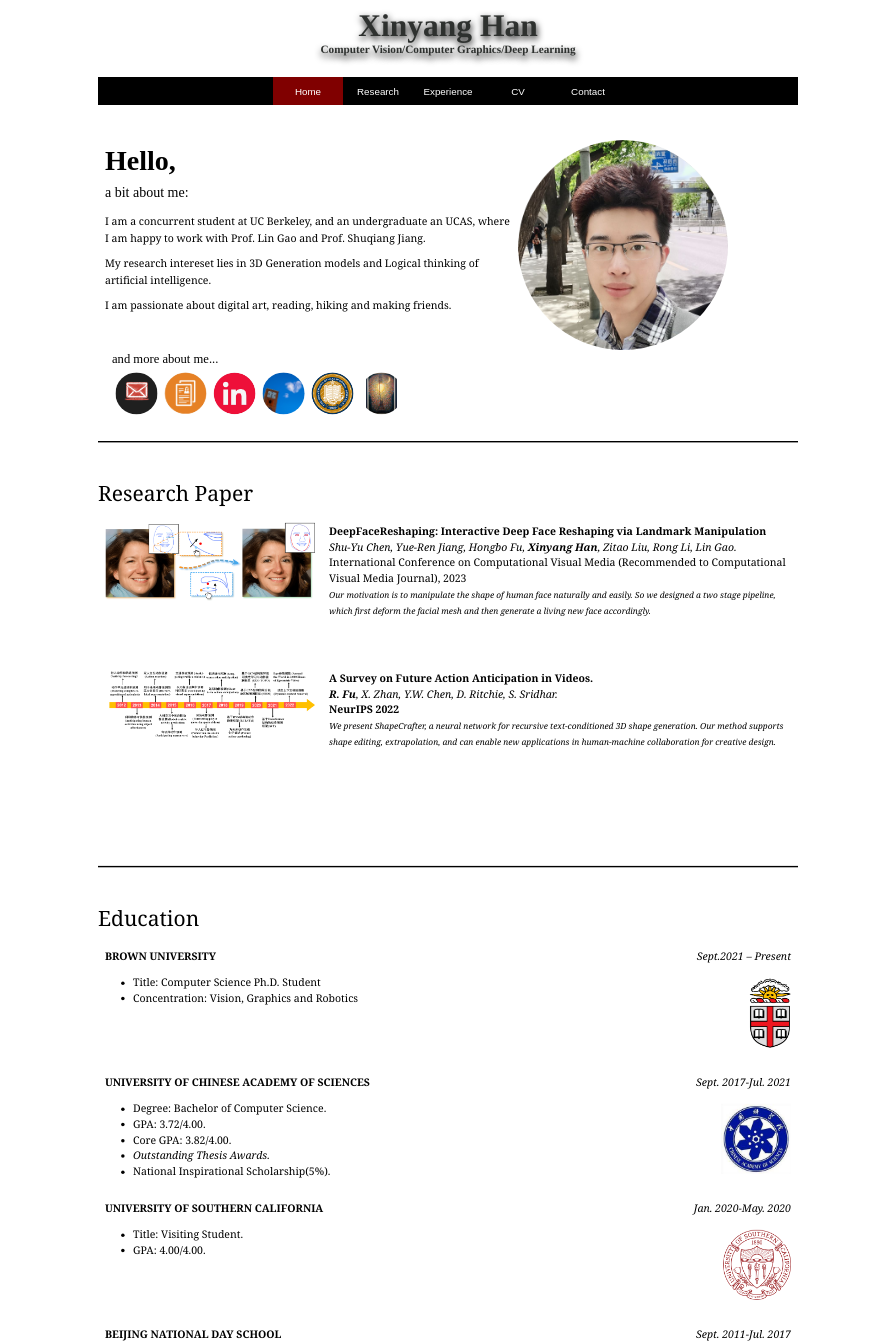
Repository: XinyangHan/XinyangHan.github.io
Page: index.html
The author's editor kept a copy of each file at every save. The page is drawn from the files as they stood at one save, then again after the next save.
The browser window is 1280 px wide. The pictures show the part of the page from y = 0 to 1920 px (the page is 3473 px tall), at 70% of full size.

Above is the page before, as saved 2023-02-11 14:15:59.
Console error (its wording comes from the project's code and is left out).

### index.html
<!DOCTYPE html>
<html>

<head>
	<meta charset="utf-8">
	<meta name="keywords" content="Rao FU, Rao FU, Rao Fu Homepage, Rao Fu Webpage, Rao Fu UCAS, Rao Fu Brown">
	<meta name="description" content="Rao FU's homepage">
	<meta name="viewport" content="width=device-width, initial-scale=1">
	<title>Rao FU | Homepage</title>
	<link href="style.css" rel="stylesheet" />
	<style>
	</style>



</head>

<body>
<!-------------------------------------------------- Header -------------------------------------------------->
<div id="header">
	<h1> Xinyang Han </h1>
	<h2>Computer Vision/Computer Graphics/Deep Learning</h2>
</div><!-- Header -->

<!-------------------------------------------------- Navbar -------------------------------------------------->
<div id="nav-wrapper">
<div id="nav">
			<button class="btn active" onclick="window.location.href = './index.html#content_home';">Home</button>
			<button class="btn" onclick="window.location.href = './index.html#content_project';">Research</button>
			<button class="btn" onclick="window.location.href = './index.html#content_exp';">Experience</button>
			<button class="btn" onclick="window.location.href = './resource/My_CV.pdf'; target='_blank'; ">CV</button>
			<button class="btn" onclick="window.location.href = './index.html#c_contact_biography';">Contact</button>
			<!-- <a href="./index.html#content_home" class="active">Home</a>  -->
			<!-- <a href="./index.html#content_project">Research</a> -->
			<!-- <a href="./index.html#content_exp">Experience</a> -->
			<!-- <a href="./resource/MY_CV.pdf">CV</a> -->
			<!-- <a href="./index.html#c_contact_biography">Contact</a> -->
</div> <!-- #nav -->
</div>

<!-------------------------------------------------- Script -------------------------------------------------->
<script>
	// Get the container element
	var btnContainer = document.getElementById("nav");

	// Get all buttons with class="btn" inside the container
	var btns = btnContainer.getElementsByClassName("btn");

	// Loop through the buttons and add the active class to the current/clicked button
	for (var i = 0; i < btns.length; i++) {
	btns[i].addEventListener("click", function() {
		var current = document.getElementsByClassName("active");
		current[0].className = current[0].className.replace(" active", "");
		this.className += " active";
	});
	}
</script>

<!-------------------------------------------------- Content Home-------------------------------------------------->
<div class="content"  id="content_home">

	<div class="c_home_wrapper">
		<div id="c_biography">
			<strong id="c_font1">Hello,</strong><br>
			<span class="c_font2">a bit about me:</span><br>
			<p class="c_font3">
				I am a concurrent student at UC Berkeley, and an undergraduate an UCAS, where I am happy to work with Prof. Lin Gao and Prof. Shuqiang Jiang.
			</p>
			<p class="c_font3">
				My research intereset lies in 3D Generation models and Logical thinking of artificial intelligence.
			</p>
			<p class="c_font3">
				I am passionate about digital art, reading, hiking and making friends.
			</p>
		</div>

		<div id="c_profile">
			<div class="c_thumbnail">
				<img src="img/round_profile.png" id="buttons" alt="profile_button" >
				<div class="overlay">
					<p>
						勿戳！<br>
						Don't poke my cheeks!<br>
						¡no me toques las mejillas! <br>
						मेरे गाल मत दबाओ! <br>
						আমার গালে খোঁচা দিও না! <br>
						não cutuque minhas bochechas! <br>
						не тыкай меня в щеки! <br>
						私の頬をつつかないで！ <br>
						ਮੇਰੀਆਂ ਗੱਲ੍ਹਾਂ ਨੂੰ ਨਾ ਮਾਰੋ! <br>
						唔好戳我嘅脸颊！<br>
						đừng chọc má tôi!<br>
						నా బుగ్గలు కుట్టకు!<br>
						yanaklarımı dürtme!<br>
						내 뺨을 찌르지 마! <br>
						ne touchez pas mes joues!<br>
						stoß mir nicht in die Wangen!<br>
						என் கன்னங்களை குத்தாதே!<br>
						میرے گالوں کو مت مارو!<br>
						ojo nyocot pipiku!<br>
						non toccarmi le guance!<br>
						لا تكز خدي!<br>
					</p>
				</div>
			</div>
		</div>

		<div id="c_info">
			<!-- <strong id="c_font4">And more</strong><br>
			<strong id="c_font4">about me</strong><br> -->
			<span class="c_font2_1"> and more about me... </span><br>
			<!-- CONTENT TODO -->
			<div class="thumbnail">
				<img src="img/email_icon.jpg" id="button0" alt="email_button" >
				<div class="overlay" onclick="window.location.href = 'hanxinyang20a@mails.ucas.ac.cn';" >
					<p>Email to<br>Say Hi</p>
				</div>
			</div> <!-- .thumbnail -->


			<div class="thumbnail">
				<img src="img/cv_icon.jpg" id="button1" alt="cv_button" >
				<div class="overlay"  onclick="window.location.href='./resource/Xinyang_Han_CV.pdf'; " >
					<p>CV/<br>Resume</p>
				</div>
			</div> <!-- .thumbnail -->

			<!-- <div class="thumbnail">
				<img src="img/gs_icon.png" id="button2" alt="google_button" >
				<div class="overlay" onclick="window.location.href = 'https://scholar.google.com/citations?hl=en&user=VWMWQEcAAAAJ';" >
					<p>Google<br>Scholar</p>
				</div>
			</div>  -->

			<div class="thumbnail">
				<img src="img/linkedin_icon.png" id="button3" alt="lkin_icon" >
				<div class="overlay" onclick="window.location.href = 'https://www.linkedin.com/in/xinyang-han-313bba265/;" >
					<p>LinkedIn<br>Profile</p>
				</div>
			</div> <!-- .thumbnail -->

			<div class="thumbnail">
				<img src="img/ucas_button.png" id="button4" alt="ucas_button" >
				<div class="overlay" onclick="window.location.href = 'https://en.wikipedia.org/wiki/University_of_the_Chinese_Academy_of_Sciences/';" >
					<p>B.E.@<br>UCAS</p>
				</div>
			</div> <!-- .thumbnail -->

			<div class="thumbnail">
				<img src="img/Seal_of_University_of_California,_Berkeley.svg.png" id="button5" alt="brown_button">
				<div class="overlay" onclick="window.location.href = 'https://www.berkeley.edu/';" >
					<p>Exchanging student.@<br>UCB
					</p>
				</div>
			</div> <!-- .thumbnail -->

			<!--<div class="thumbnail">
				<img src="img/cat_icon.jpg" id="button6" alt="cat_button">
				<div class="overlay" onclick="window.location.href = 'https://instagram.com/inocchi_mew?r=nametag';" >
					<p>My Cat<br>Inocchi
					</p>
				</div>
			</div>  .thumbnail -->

			<div class="thumbnail">
				<img src="img/art_icon.jpg" id="button6" alt="art_button">
				<div class="overlay" onclick="window.location.href = './index.html#content_home';" >
					<p>Arts<br>Todo...</p>
				</div>
			</div> <!-- .thumbnail -->

		</div>
	</div><!-- Home Wrapper-->

	<div class="clearfloat"></div>
</div><!-- Content Home-->

<!-------------------------------------------------- Content Project -------------------------------------------------->
<div class="content">

	<div class="c_public_wrapper" id="content_project">
		<div class="c_font1_1">Research Paper</div>

		<div class="c_public">
			<div class="disp_wrapper">
				<!-- <a href="./img/HRFormer.png" data-lightbox="project1" data-title="HRFormer2 Structure"> -->
					<img src="./img/DeepFaceReshaping.png" class="project_img" title="ShapeCrafter Structure">
				<!-- </a> -->
				<!-- <p class="small_font">click image for details</p> -->
			</div>
			<strong>DeepFaceReshaping: Interactive Deep Face Reshaping via Landmark Manipulation</strong>
			<br><em>Shu-Yu Chen, Yue-Ren Jiang, Hongbo Fu, <strong>Xinyang Han</strong>, Zitao Liu, Rong Li, Lin Gao. </em>
			<br>International Conference on Computational Visual Media (Recommended to Computational Visual Media Journal), 2023</em>
			<br><em class="small_font">Our motivation is to manipulate the shape of human face naturally and easily. So we designed a two stage pipeline, which first deform the facial mesh and then generate a living new face accordingly.</em>
			<!-- <br><a href="https://arxiv.org/abs/2207.09446" class="small_font">[paper]</a>
			<a href="https://ivl.brown.edu/projects/shapecrafter" class="small_font">[project]</a>	-->
		</div>

		<div class="c_public">
			<div class="disp_wrapper">
				<!-- <a href="./img/HRFormer.png" data-lightbox="project1" data-title="HRFormer2 Structure"> -->
					<img src="./img/ai_prediction.png" class="project_img" title="ShapeCrafter Structure">
				<!-- </a> -->
				<!-- <p class="small_font">click image for details</p> -->
			</div>
			<strong>A Survey on Future Action Anticipation in Videos.</strong>
			<br><em><strong>R. Fu</strong>, X. Zhan, Y.W. Chen, D. Ritchie, S. Sridhar. </em>
			<br><strong>NeurIPS 2022</strong></em>
			<br><em class="small_font">We present ShapeCrafter, a neural network for recursive text-conditioned 3D shape generation.
				Our method supports shape editing, extrapolation, and can enable new applications in human-machine collaboration for creative design.</em>
			<!-- <br><a href="https://arxiv.org/abs/2207.09446" class="small_font">[paper]</a>
			<a href="https://ivl.brown.edu/projects/shapecrafter" class="small_font">[project]</a>	-->
		</div>
	</div>
	<div class="clearfloat"></div>
</div><!-- Content Project-->

<!-------------------------------------------------- Content Experiment-------------------------------------------------->
<div class="content">

	<div class="c_education_wrapper" id="content_exp">
		<div class="c_font1_1">Education</div>

		<div class="c_education">
			<strong>BROWN UNIVERSITY</strong>
			<em class="dates">Sept.2021 – Present</em>
			<div class="clearfloat"></div>
			<div class="logo_wrapper">
				<img class="schoollogo" src="./img/brown_logo.png" alt="BROWN Logo" />
			</div>
			<ul>
			<li>Title: Computer Science Ph.D. Student</li>
			<li>Concentration: Vision, Graphics and Robotics</li>
			</ul>
		</div>

		<div class="c_education">
			<strong>UNIVERSITY OF CHINESE ACADEMY OF SCIENCES</strong>
			<em class="dates">Sept. 2017-Jul. 2021</em>
			<div class="clearfloat"></div>
			<div class="logo_wrapper">
				<img class="schoollogo" src="./img/cas_logo.jpg" alt="CAS Logo" />
			</div>
			<ul>
			<li>Degree: Bachelor of Computer Science.</li>
			<li>GPA: 3.72/4.00.</li>
			<li>Core GPA: 3.82/4.00.</li>
			<li><em>Outstanding Thesis Awards.</em> </li>
			<li><em></em>National Inspirational Scholarship(5%).</em></li>
			</ul>
		</div>

		<div class="c_education">
			<strong>UNIVERSITY OF SOUTHERN CALIFORNIA</strong>
			<em class="dates">Jan. 2020-May. 2020</em>
			<div class="clearfloat"></div>
			<div class="logo_wrapper">
				<img class="schoollogo" src="./img/usc_logo.png" alt="USC Logo" />
			</div>
			<ul>
			<li>Title: Visiting Student.</li>
			<li>GPA: 4.00/4.00.</li>
			</ul>

		</div>

		<div class="c_education">
			<strong>BEIJING NATIONAL DAY SCHOOL</strong>
			<em class="dates">Sept. 2011-Jul. 2017</em>
			<div class="clearfloat"></div>
			<div class="logo_wrapper">
				<img class="schoollogo" src="./img/bnds_logo.png" alt="USC Logo" />
			</div>
			<ul>
			<li>Title: Student.</li>
			<li>GPA: 3.9/4.0.</li>
			</ul>

		</div>
	</div>

	<div class="c_intern_wrapper">
		<div class="c_font1_1">Employment</div>

		<div class="c_intern">
			<strong>Research intern: Autodesk Inc.</strong>
				<em class="dates">May. 2022 – Present</em>
			<br><br><em>Group: AI Lab</em><em class="dates">Toronto, Canada</em>
			<ul>
				<li>Research on Lauguage-guided 3D Shape Generation.</li>
			</ul>
		</div>

		<div class="c_intern">
			<strong>Research intern: Microsoft Research, Asia</strong>
				<em class="dates">Mar. 2021 – July. 2021</em>
			<br><br><em>Group: Speech Group, Visual Computing Group</em><em class="dates">Beijing, China</em>
			<ul>
				<li>Research on High-Resolution Machine Perception Backbone</li>
			</ul>
		</div>

		<div class="c_intern">
			<strong>Research intern: University of California, San Diego</strong>
				<em class="dates">May. 2020 – Nov. 2020</em>
			<br><br><em>Advisor: Prof. Hao Su.</em><em class="dates">San Diego, CA, USA</em>
			<ul>
				<li>Research on Robot Grasping with Two-Finger Grippers.</li>
				<li>Research on Humanoid Robot Grippers.</li>
			</ul>
		</div>

		<div class="c_intern">
				<strong>Research intern: Institute of Computing Technology, CAS.</strong>
					<em class="dates">Jul. 2019 – Nov. 2020</em>
				<br><br><em>Advisor: Prof. Lin Gao</em> <em class="dates">Beijing, China</em>
				<ul>
					<li>Research on Fine-grained 3D Shape Retrieval.</li>
					<li>Research on Talking Head Generation.</li>
				</ul>
		</div>
	</div>

	<div class="clearfloat"></div>

</div><!-- Content Experiment-->

<!-------------------------------------------------- Content Contact-------------------------------------------------->
<div class="content">
	<div class="c_contact_wrapper">
	<!-- 	<div id="c_contact_biography">
			<span class="c_font1_1">Contact me:</span><br>
			<p class="c_font3">
			Email: <a href="mailto:rao_fu@brown.edu">rao_fu@brown.edu</a>
			</p>
			<p class="c_font3">
			Mail: Brown University Box 1910, Providence, RI 02912
			</p>
		</div> -->

		<div id="c_contact_profile">
			<span class="c_font1_1">Buy me a Boba:</span><br>
			<p class="c_font3">
			If you like my homepage and think it's useful, welcome to buy me a Boba via Wechat or Paypal down here:
			</p>
			<div id="c_contact_thumbnail_1">
			</div>
			<div id="c_contact_thumbnail_2">
			</div>
		</div>

		<div class="clearfloat"></div>
	</div><!-- Content Contact Wrapper-->
</div><!-- Content Contact -->


<div class="clearfloat"></div>
<!-------------------------------------------------- Footer -------------------------------------------------->
<div id="footer">
	<!-- <div class="b_thumbnail">
		<img class="b_img" src="img/i3.png" alt="email">
	</div>
	<div class="b_font">
		<a href="mailto:rao_fu@brown.edu">rao_fu@brown.edu</a>
	</div>
	<div class="b_thumbnail">
		<img class="b_img" src="img/i4.png" alt="git">
	</div>
	<div class="b_font">
		<a href="https://github.com/freddierao">github.com/freddierao</a>
	</div>	 -->
	<div class="b_thumbnail">
		<img class="b_img" src="img/i2.png" alt="copyright">
	</div>
	<div class="b_font">
		&copy; 2022 by Rao FU
	</div>
	<div class="clearfloat"></div>
</div><!-- Footer -->
<script>
window.onscroll = function() {myFunction()};

var navbar = document.getElementById("nav-wrapper");
var sticky = navbar.offsetTop;

function myFunction() {
  if (window.pageYOffset >= sticky) {
    navbar.classList.add("sticky")
  } else {
    navbar.classList.remove("sticky");
  }
}
</script>
</body>
</html>

Loaded but not shown: style.css (556 lines, source omitted)

After the next save:
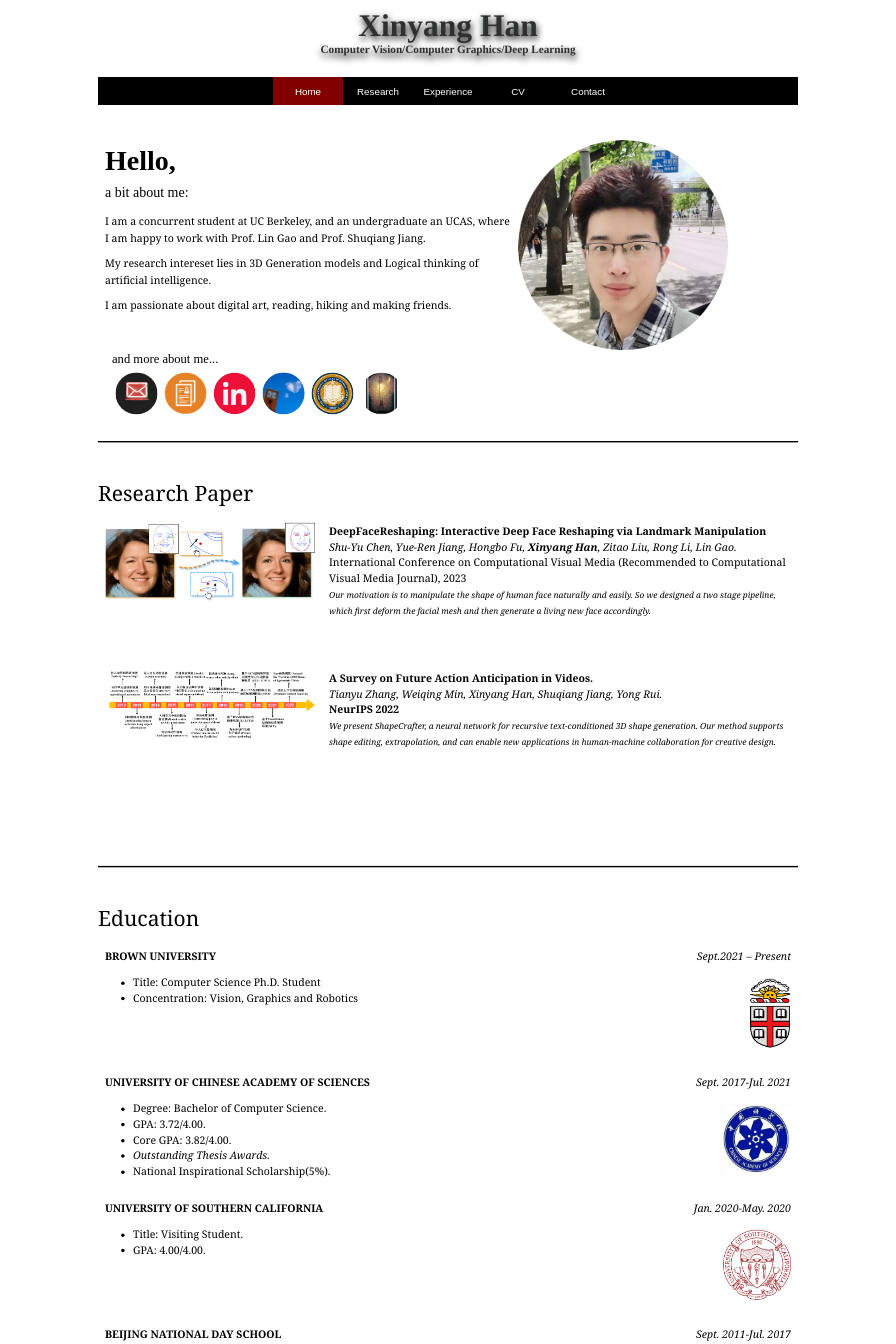
Saved 15 s later.
--- a/index.html
+++ b/index.html
@@ -204,7 +204,7 @@
 				<!-- <p class="small_font">click image for details</p> -->
 			</div>
 			<strong>A Survey on Future Action Anticipation in Videos.</strong>
-			<br><em><strong>R. Fu</strong>, X. Zhan, Y.W. Chen, D. Ritchie, S. Sridhar. </em>
+			<br><em>Tianyu Zhang, Weiqing Min, Xinyang Han, Shuqiang Jiang, Yong Rui. </em>
 			<br><strong>NeurIPS 2022</strong></em>
 			<br><em class="small_font">We present ShapeCrafter, a neural network for recursive text-conditioned 3D shape generation.
 				Our method supports shape editing, extrapolation, and can enable new applications in human-machine collaboration for creative design.</em>
